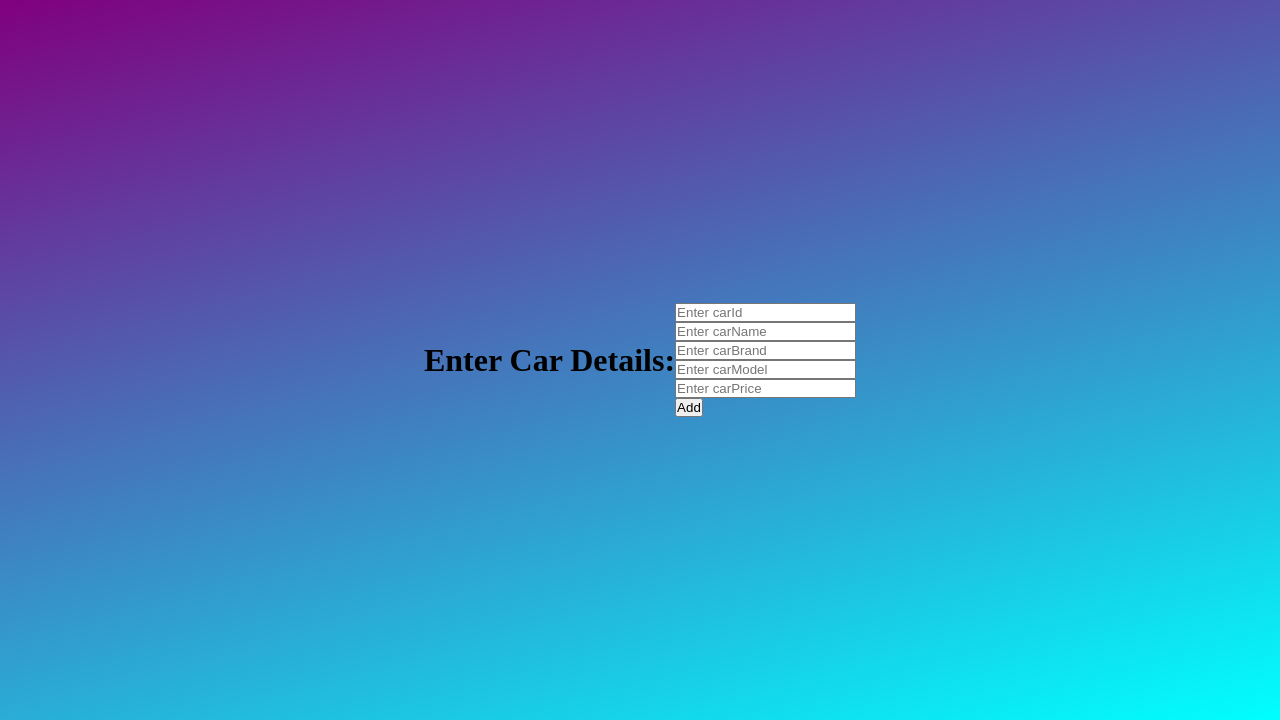
Repository: Dhirajkumar02/Advance-Java--J2EE-
Page: ServletProjecct_CarDB/src/main/webapp/AddCar.html
The author's editor kept a copy of each file at every save. The page is drawn from the files as they stood at one save, then again after the next save.
The browser window is 1280 px wide. The pictures show the whole page.

Above is the page before, as saved 2024-11-14 15:32:28.

After the next save:
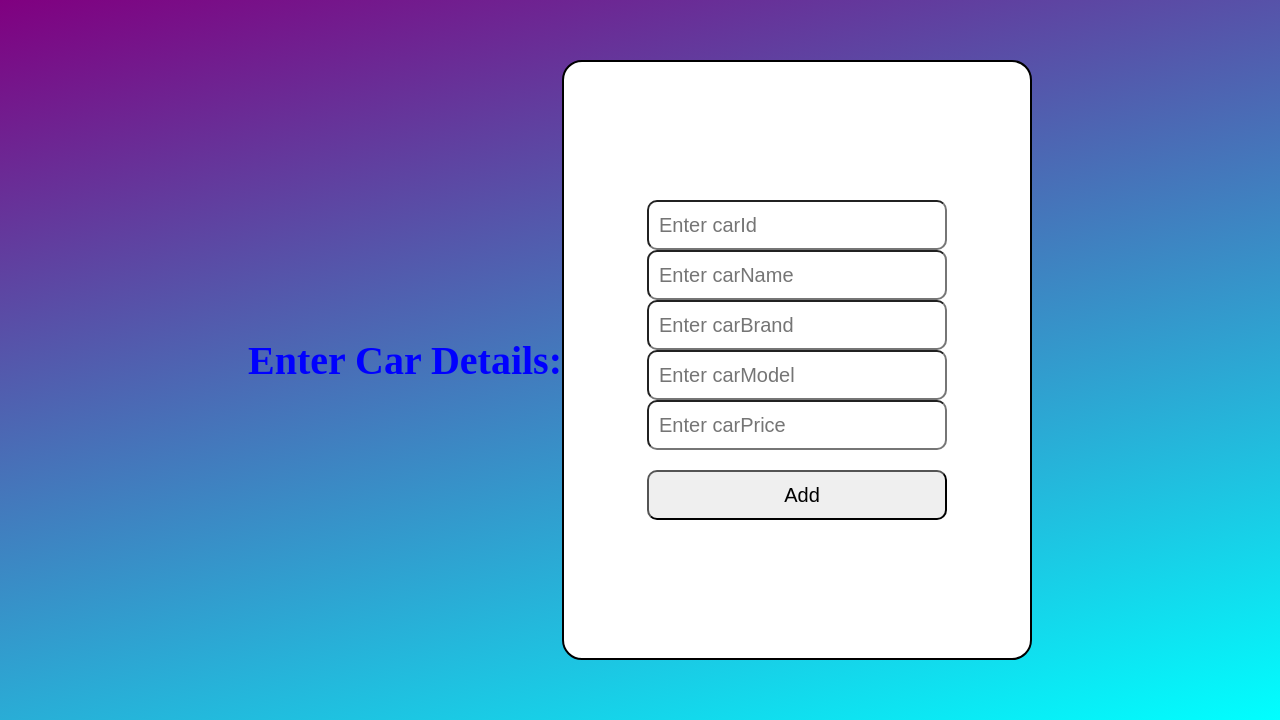
Saved 5 min 22 s later.
--- a/ServletProjecct_CarDB/src/main/webapp/AddCar.html
+++ b/ServletProjecct_CarDB/src/main/webapp/AddCar.html
@@ -16,6 +16,30 @@ justify-content: center;
 align-items: center;
 background: linear-gradient(165deg, purple, aqua);
 }
+form {
+  border: 2px solid black;
+  background: #fff;
+  height: 600px;
+  width: 470px;
+  display: flex;
+  justify-content: center;
+  align-items: center;
+  flex-direction: column;
+  gap: 20px;
+  border-radius: 20px;
+}
+
+h1 {
+  font-size: 40px;
+  color: blue;
+}
+input {
+  height: 50px;
+  width: 300px;
+  padding-left: 10px;
+  font-size: 20px;
+  border-radius: 10px;
+}
 </style>
 </head>
 <body>
@@ -28,7 +52,7 @@ background: linear-gradient(165deg, purple, aqua);
 <input type="text" placeholder="Enter carModel" name="carModel"><br>
 <input type="number" placeholder="Enter carPrice" name="carPrice"><br>
 </div>
-<div>
+<div >
 <input type="submit" value="Add">
 </div>
 
